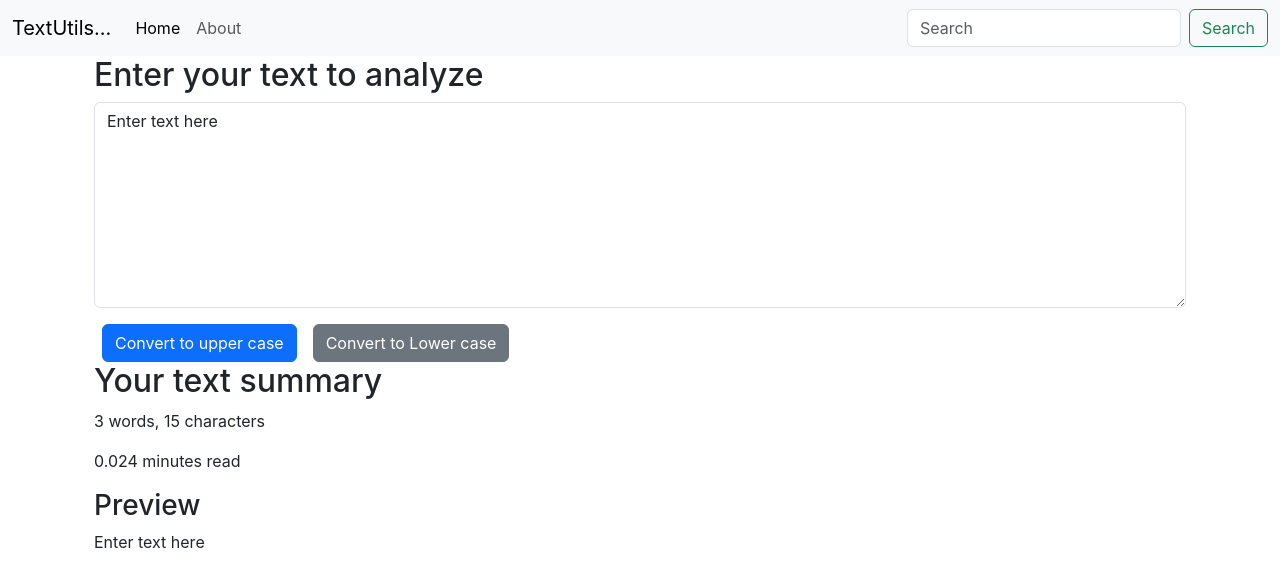
Repository: SujanNagaju/react-demo
Page: /
An editor plug-in stored every save of this project. The page is shown before and after a run of saves, followed by the edit.
The browser window is 1280 px wide. The pictures show the whole page.
The project was rebuilt for these pictures with package versions that can differ from the ones it lists, and the page was loaded fresh each time. Also part of the build but not shown: src/App.css.

Above is the page before, as saved 2024-12-29 14:12:20.

### public/index.html
<!DOCTYPE html>
<html lang="en">
  <head>
    <meta charset="utf-8" />
    <link rel="icon" href="%PUBLIC_URL%/favicon.ico" />
    <meta name="viewport" content="width=device-width, initial-scale=1" />
    <meta name="theme-color" content="#000000" />
    <meta
      name="description"
      content="Web site created using create-react-app"
    />
    <link rel="apple-touch-icon" href="%PUBLIC_URL%/logo192.png" />
    <!--
      manifest.json provides metadata used when your web app is installed on a
      user's mobile device or desktop. See https://developers.google.com/web/fundamentals/web-app-manifest/
    -->
    <link rel="manifest" href="%PUBLIC_URL%/manifest.json" />
    <!--
      Notice the use of %PUBLIC_URL% in the tags above.
      It will be replaced with the URL of the `public` folder during the build.
      Only files inside the `public` folder can be referenced from the HTML.

      Unlike "/favicon.ico" or "favicon.ico", "%PUBLIC_URL%/favicon.ico" will
      work correctly both with client-side routing and a non-root public URL.
      Learn how to configure a non-root public URL by running `npm run build`.
    -->
    <link href="https://cdn.jsdelivr.net/npm/bootstrap@5.3.3/dist/css/bootstrap.min.css" rel="stylesheet" integrity="sha384-QWTKZyjpPEjISv5WaRU9OFeRpok6YctnYmDr5pNlyT2bRjXh0JMhjY6hW+ALEwIH" crossorigin="anonymous">
    <title>React App</title>
  </head>
  <body>
    <noscript>You need to enable JavaScript to run this app.</noscript>
    <div id="root"></div>
    <!--
      This HTML file is a template.
      If you open it directly in the browser, you will see an empty page.

      You can add webfonts, meta tags, or analytics to this file.
      The build step will place the bundled scripts into the <body> tag.

      To begin the development, run `npm start` or `yarn start`.
      To create a production bundle, use `npm run build` or `yarn build`.
    -->
    <script src="https://cdn.jsdelivr.net/npm/bootstrap@5.3.3/dist/js/bootstrap.bundle.min.js" integrity="sha384-YvpcrYf0tY3lHB60NNkmXc5s9fDVZLESaAA55NDzOxhy9GkcIdslK1eN7N6jIeHz" crossorigin="anonymous"></script>

  </body>
</html>

### src/App.js
// logo from './logo.svg';
import './App.css';
import Navbar from './components/Navbar';
import TextForm from './components/TextForm';
function App() {
  return (
    <>

      {/* <Navbar title="TextUtils..." aboutText="About"/> */}
      <Navbar title="TextUtils..."/>
      <div className="container">
        <TextForm heading="Enter your text to analyze"/>
      </div>
    </>
  );
}

export default App;

### src/components/Navbar.js
import React from 'react'
import PropTypes from 'prop-types';


export default function Navbar({title="TextUtils", aboutText="About"}) {
  return (
    <nav className="navbar navbar-expand-lg bg-body-tertiary navbar-light">
        <div className="container-fluid">
            <a className="navbar-brand" href="/">{title}</a>
            <button className="navbar-toggler" type="button" data-bs-toggle="collapse" data-bs-target="#navbarSupportedContent" aria-controls="navbarSupportedContent" aria-expanded="false" aria-label="Toggle navigation">
            <span className="navbar-toggler-icon"></span>
            </button>
            <div className="collapse navbar-collapse" id="navbarSupportedContent">
            <ul className="navbar-nav me-auto mb-2 mb-lg-0">
                <li className="nav-item">
                <a className="nav-link active" aria-current="page" href="/">Home</a>
                </li>
                <li className="nav-item">
                <a className="nav-link" href="/">{aboutText}</a>
                </li>

            </ul>
            <form className="d-flex" role="search">
                <input className="form-control me-2" type="search" placeholder="Search" aria-label="Search"/>
                <button className="btn btn-outline-success" type="submit">Search</button>
            </form>
            </div>
        </div>
    </nav>
  )
}


Navbar.propTypes = {
    title: PropTypes.string.isRequired,
    aboutText: PropTypes.string.isRequired
}

### src/components/TextForm.js
import React, {useState} from 'react';

export default function TextForm(props) {
  const handleUpClick = ()=> {
    // console.log( "Uppercase was clicked" );
    let newText = text.toUpperCase();
    setText( newText );
  }

  const handleLowerClick = ()=> {
    // console.log( "Uppercase was clicked" );
    let newText = text.toLowerCase();
    setText( newText );
  }

  const handleOnChange = (event)=> {
    // console.log( "handle text change" );
    setText(event.target.value);
  }

  const [text, setText] = useState("Enter text here");
  return (
    <>
      <div className="container">
        <h2>{props.heading}</h2>
          <div className="mb-3">
              <textarea className="form-control" id="textBox" onChange={handleOnChange} value={text} rows="8"></textarea>
          </div>
          <button className="btn btn-primary mx-2" onClick={handleUpClick}>Convert to upper case</button>

          <button className="btn btn-secondary mx-2" onClick={handleLowerClick}>Convert to Lower case</button>
      </div>

      <div className="container">
        <h2>Your text summary</h2>
        <p>{text.split(" ").length} words, {text.length} characters</p>
        <p>{0.008 * text.split(" ").length} minutes read</p>
        <h3>Preview</h3>
        <p>{text}</p>
      </div>
    </>
  )
}

Loaded but not shown: src/index.js (common file); src/index.css (common file); src/reportWebVitals.js (common file)

After the next 2 saves:
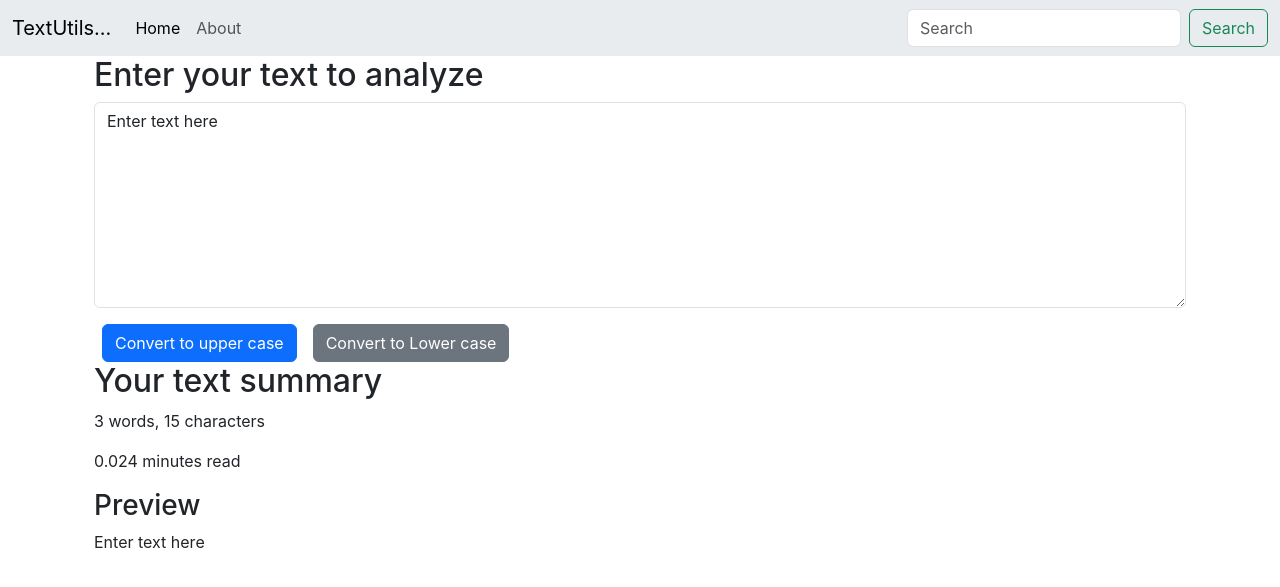
The 2 saves are shown as one change because they came seconds apart.
The last was saved 80 s later.
--- a/src/components/Navbar.js
+++ b/src/components/Navbar.js
@@ -4,7 +4,7 @@
 
 export default function Navbar({title="TextUtils", aboutText="About"}) {
   return (
-    <nav className="navbar navbar-expand-lg bg-body-tertiary navbar-light">
+    <nav className="navbar navbar-expand-lg bg-body-secondary">
         <div className="container-fluid">
             <a className="navbar-brand" href="/">{title}</a>
             <button className="navbar-toggler" type="button" data-bs-toggle="collapse" data-bs-target="#navbarSupportedContent" aria-controls="navbarSupportedContent" aria-expanded="false" aria-label="Toggle navigation">

After the save that followed:
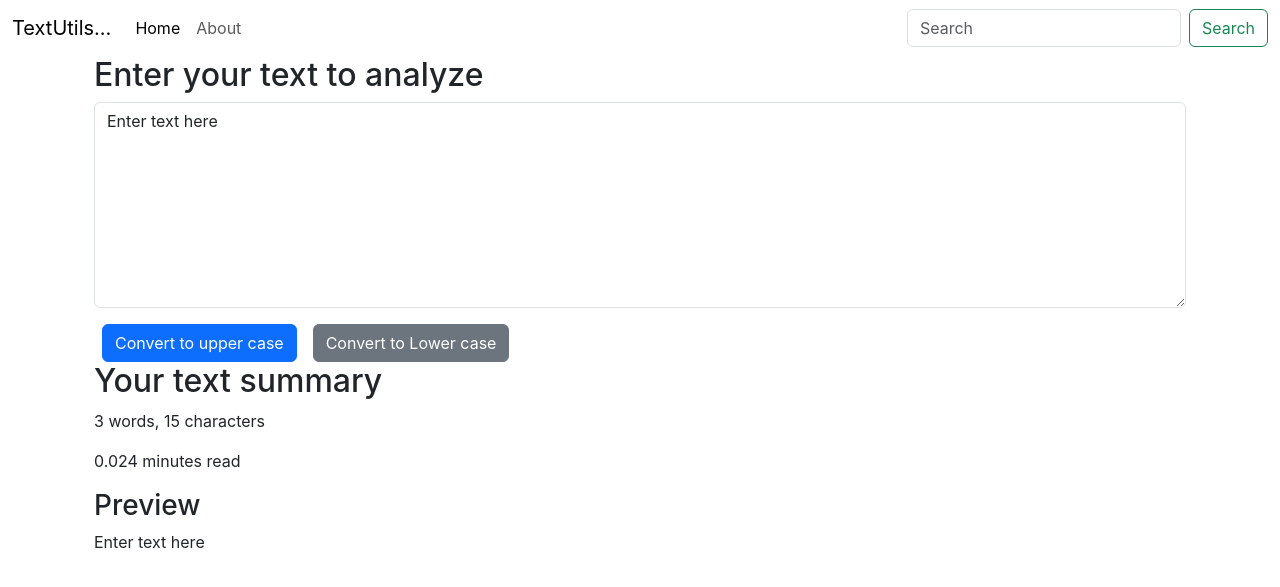
Saved 9 s later.
--- a/src/components/Navbar.js
+++ b/src/components/Navbar.js
@@ -4,7 +4,7 @@
 
 export default function Navbar({title="TextUtils", aboutText="About"}) {
   return (
-    <nav className="navbar navbar-expand-lg bg-body-secondary">
+    <nav className="navbar navbar-expand-lg bg-body-primary">
         <div className="container-fluid">
             <a className="navbar-brand" href="/">{title}</a>
             <button className="navbar-toggler" type="button" data-bs-toggle="collapse" data-bs-target="#navbarSupportedContent" aria-controls="navbarSupportedContent" aria-expanded="false" aria-label="Toggle navigation">
